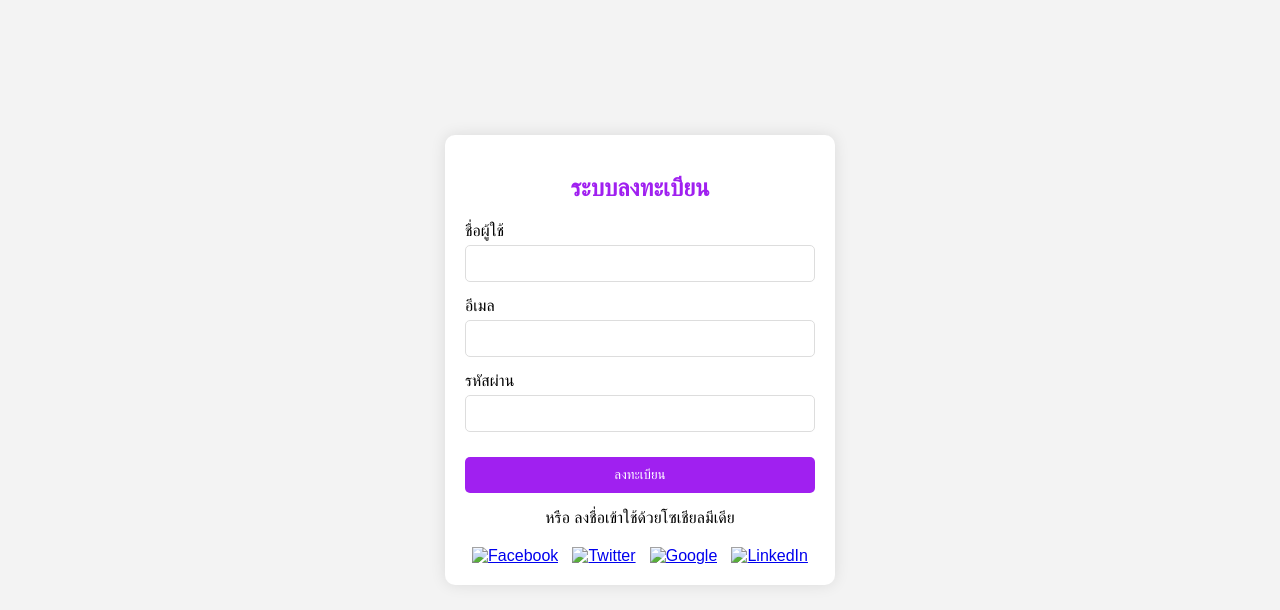
Repository: praifas16/ProPro
Page: docs/register.html
The author's editor kept a copy of each file at every save. The page is drawn from the files as they stood at one save, then again after the next save.
The browser window is 1280 px wide. The pictures show the whole page.

Above is the page before, as saved 2024-08-21 15:06:42.
Not found: docs/facebook-icon.png
Not found: docs/google-icon.png
Not found: docs/linkedin-icon.png

After the next save:
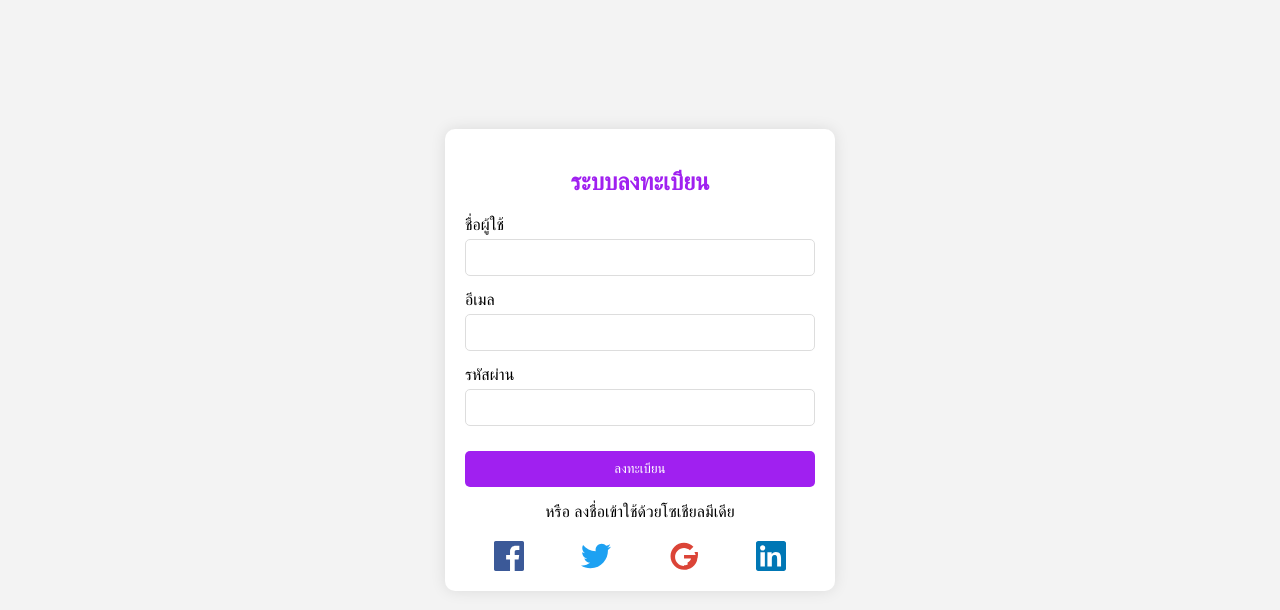
Saved 26 min 34 s later.
--- a/docs/register.html
+++ b/docs/register.html
@@ -77,9 +77,15 @@
             margin-top: 20px;
         }
 
-        .social-icons a img {
+        .social-icons a {
             width: 30px;
             height: 30px;
+            display: inline-block;
+        }
+
+        .social-icons a svg {
+            width: 100%;
+            height: 100%;
         }
         /* จบส่วนของ CSS */
     </style>
@@ -106,10 +112,26 @@
             </form>
             <p>หรือ ลงชื่อเข้าใช้ด้วยโซเชียลมีเดีย</p>
             <div class="social-icons">
-                <a href="#"><img src="facebook-icon.png" alt="Facebook"></a>
-                <a href="#"><img src="twitter-icon.png" alt="Twitter"></a>
-                <a href="#"><img src="google-icon.png" alt="Google"></a>
-                <a href="#"><img src="linkedin-icon.png" alt="LinkedIn"></a>
+                <a href="#" aria-label="Facebook">
+                    <svg xmlns="http://www.w3.org/2000/svg" fill="#3b5998" viewBox="0 0 24 24">
+                        <path d="M22.675 0H1.326C.593 0 0 .593 0 1.326v21.349C0 23.406.593 24 1.326 24h11.49v-9.294H9.691V11.14h3.125V8.51c0-3.1 1.893-4.788 4.659-4.788 1.325 0 2.464.099 2.796.143v3.24l-1.918.001c-1.505 0-1.796.715-1.796 1.764v2.313h3.587l-.467 3.567h-3.12V24h6.116c.732 0 1.325-.594 1.325-1.325V1.326C24 .593 23.407 0 22.675 0z"/>
+                    </svg>
+                </a>
+                <a href="#" aria-label="Twitter">
+                    <svg xmlns="http://www.w3.org/2000/svg" fill="#1da1f2" viewBox="0 0 24 24">
+                        <path d="M23.954 4.569c-.885.389-1.83.654-2.825.775 1.014-.611 1.794-1.574 2.163-2.724-.949.555-2.007.959-3.127 1.184-.896-.959-2.173-1.559-3.591-1.559-2.713 0-4.917 2.205-4.917 4.917 0 .39.045.765.127 1.124-4.083-.205-7.702-2.162-10.126-5.144-.423.729-.666 1.574-.666 2.476 0 1.71.87 3.214 2.188 4.096-.807-.026-1.566-.248-2.229-.616v.061c0 2.385 1.693 4.374 3.946 4.827-.413.111-.849.171-1.296.171-.317 0-.626-.03-.927-.086.626 1.956 2.444 3.381 4.6 3.421-1.685 1.319-3.808 2.105-6.115 2.105-.398 0-.79-.023-1.17-.069 2.179 1.397 4.768 2.212 7.557 2.212 9.054 0 14.003-7.496 14.003-13.986 0-.213-.004-.425-.014-.637.961-.694 1.8-1.562 2.46-2.548l-.047-.02z"/>
+                    </svg>
+                </a>
+                <a href="#" aria-label="Google">
+                    <svg xmlns="http://www.w3.org/2000/svg" fill="#db4437" viewBox="0 0 24 24">
+                        <path d="M21.35 11.1h-9.33v2.8h5.58c-.243 1.2-1.19 2.5-2.73 3.21v2.6h4.42c2.6-2.4 3.91-5.91 3.91-8.92 0-.65-.06-1.29-.17-1.91h-2.68zm-9.33 8.8c-3.94 0-7.16-3.22-7.16-7.16s3.22-7.16 7.16-7.16c1.88 0 3.48.71 4.68 1.88l2.84-2.84c-2.11-1.96-4.88-3.16-7.52-3.16-5.96 0-10.8 4.84-10.8 10.8s4.84 10.8 10.8 10.8c5.17 0 9.49-3.57 10.62-8.33h-4.42c-.91 2.75-3.53 4.69-6.2 4.69z"/>
+                    </svg>
+                </a>
+                <a href="#" aria-label="LinkedIn">
+                    <svg xmlns="http://www.w3.org/2000/svg" fill="#0077b5" viewBox="0 0 24 24">
+                        <path d="M22.23 0H1.77C.79 0 0 .78 0 1.75v20.49C0 23.22.78 24 1.77 24h20.46c.97 0 1.77-.78 1.77-1.76V1.75C24 .78 23.2 0 22.23 0zM7.09 20.45H3.56V9h3.53v11.45zM5.32 7.57c-1.14 0-2.07-.93-2.07-2.07 0-1.14.93-2.07 2.07-2.07 1.14 0 2.07.93 2.07 2.07 0 1.13-.93 2.07-2.07 2.07zm15.13 12.88h-3.53V14.5c0-1.42-.03-3.24-1.97-3.24-1.98 0-2.28 1.54-2.28 3.13v6.06h-3.54V9h3.4v1.56h.05c.47-.9 1.6-1.84 3.29-1.84 3.52 0 4.17 2.32 4.17 5.34v6.39z"/>
+                    </svg>
+                </a>
             </div>
         </div>
     </div>
